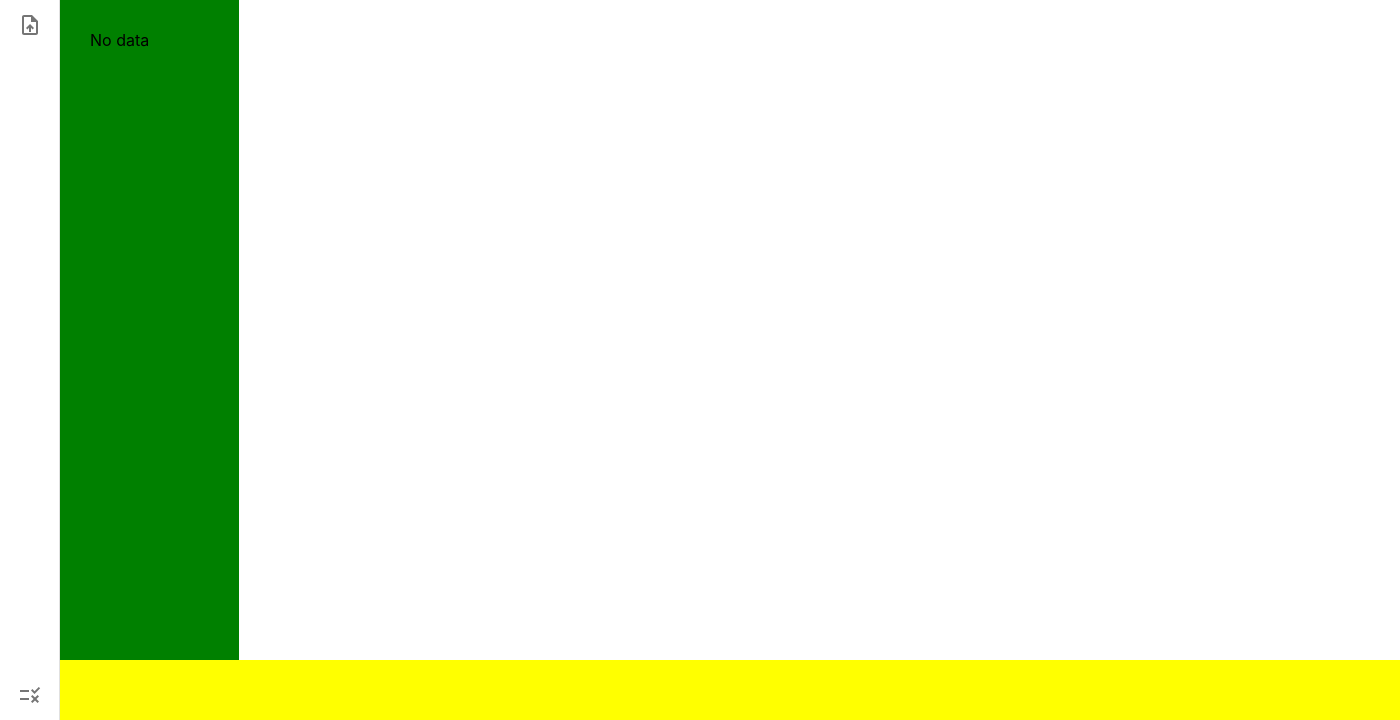
Repository: imark00/sbolInsight_frontend
Page: /
The author's editor kept a copy of each file at every save. The page is drawn from the files as they stood at one save, then again after the next save.
The browser window is 1280 px wide. The page is 1400 px wide, then 1280 px, so the pictures cover 1400 px, including what lies to the right of the window. The pictures show the whole page.
The project was rebuilt for these pictures with package versions that can differ from the ones it lists, and the page was loaded fresh each time. Also part of the build but not shown: src/App.css.

Above is the page before, as saved 2024-08-18 05:31:07.

After the next save:
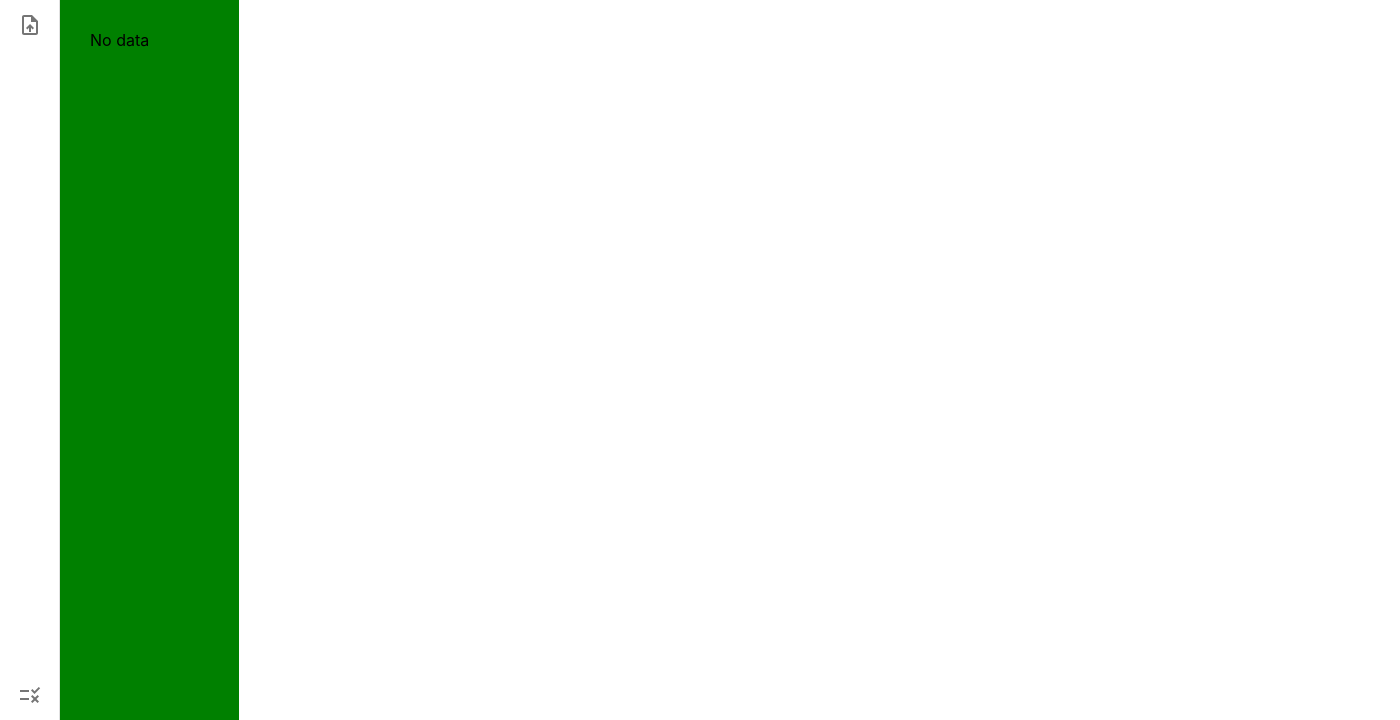
Saved 18 s later.
--- a/src/sbolInsight.js
+++ b/src/sbolInsight.js
@@ -153,19 +153,7 @@ const SBOLInsightPage = () => {
                 </Box>
 
                 {/* Validation results view */}
-                <Box
-                    sx={{
-                        width: '100%',
-                        height: '0px',
-                        background: 'yellow',
-                        padding: '30px',
-                        position: "absolute",
-                        bottom: "0%",
-
-                    }}
-                >
-
-                </Box>
+
             </Box>
 
 
